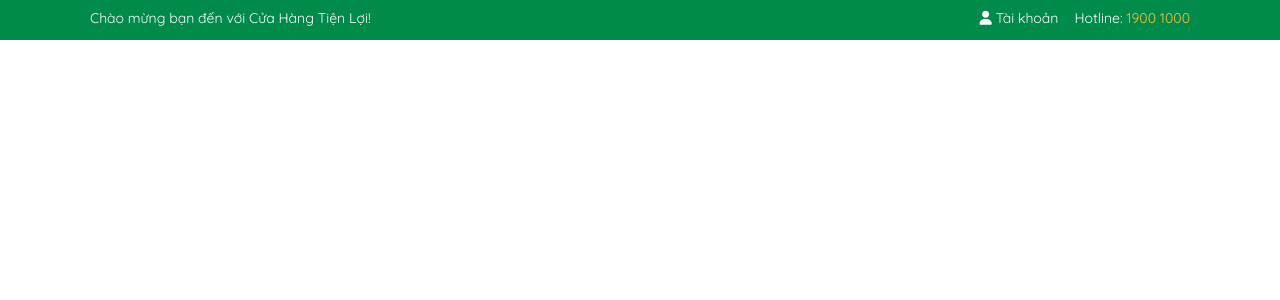
Repository: PAnhDuc/food.demo
Page: index.html
The author's editor kept a copy of each file at every save. The page is drawn from the files as they stood at one save, then again after the next save.
The browser window is 1280 px wide. The pictures show the whole page.
Some web libraries are served in a nearby version.

Above is the page before, as saved 2024-11-13 19:50:06.

After the next save:
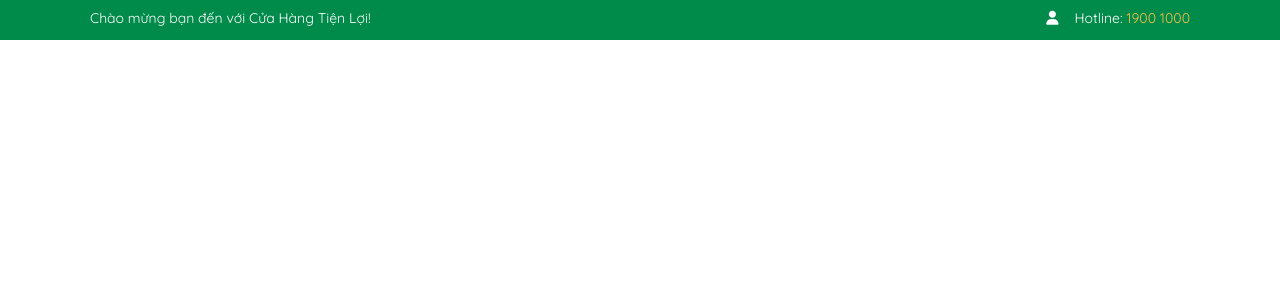
Saved 12 s later.
--- a/index.html
+++ b/index.html
@@ -23,7 +23,7 @@
                 <div class="p-2">
                     <p class="top_bar-right">
                         <i class="fa-solid fa-user"></i>
-                        <span>Tài khoản</span>
+                        <a href=""></a>
                     </p>
                 </div>
                 <div class="p-2">
